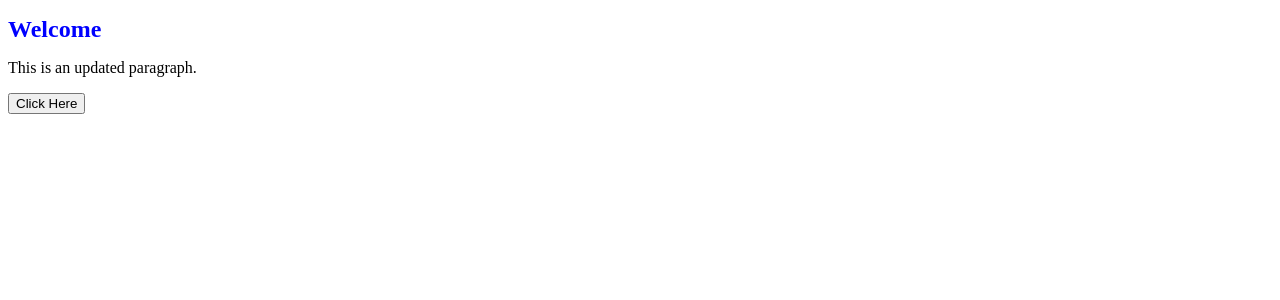
Repository: Afrozzzz/java-training
Page: shop/src/main/resources/static/dom.html
These files come from the project's save history. The page is drawn as it stood at one moment and after the next save; the edit follows.
The browser window is 1280 px wide. The pictures show the whole page.

Above is the page before, as saved 2025-02-27 11:13:50.

### shop/src/main/resources/static/dom.html
<!DOCTYPE html>
<html>
<head>
<title>Online Book Shop</title>
</head>
<body>
<h1 id="heading">Welcome </h1>
<p class="message">This is a paragraph.</p>
<button id="btn">Click Here</button>

</body>
<script type="text/javascript">

const heading = document.getElementById('heading');

const message = document.getElementsByClassName('message')[0];
const tags = document.getElementsByTagName('h1')[0];

heading.style.color = 'blue';

message.textContent = 'This is an updated paragraph.';
tags.style.fontSize = '24px';

const button = document.getElementById('btn');
button.addEventListener('click', () => {
    alert('Button clicked!');
});
</script>
</html>

After the next save:
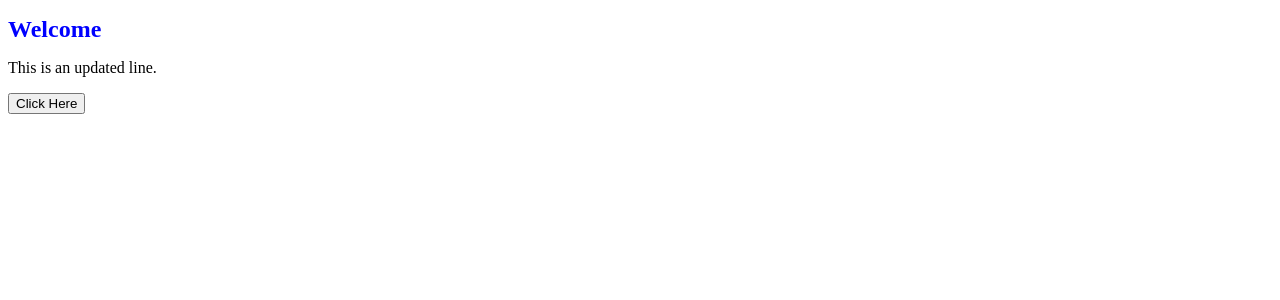
Saved 17 s later.
--- a/shop/src/main/resources/static/dom.html
+++ b/shop/src/main/resources/static/dom.html
@@ -18,7 +18,7 @@ const tags = document.getElementsByTagName('h1')[0];
 
 heading.style.color = 'blue';
 
-message.textContent = 'This is an updated paragraph.';
+message.textContent = 'This is an updated line.';
 tags.style.fontSize = '24px';
 
 const button = document.getElementById('btn');
